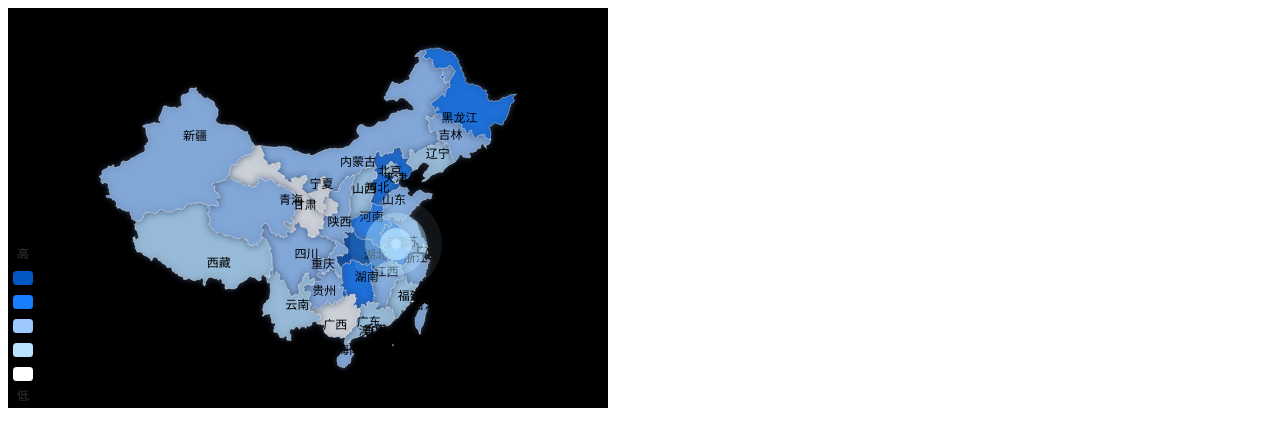
Repository: 572031690/echartssimple
Page: 21.地图常见效果_地图和散点图结合.html
The author's editor kept a copy of each file at every save. The page is drawn from the files as they stood at one save, then again after the next save.
The browser window is 1280 px wide. The pictures show the whole page.

Above is the page before, as saved 2021-08-11 11:50:36.

### 21.地图常见效果_地图和散点图结合.html
<!DOCTYPE html>
<html lang="en">

<head>
  <meta charset="UTF-8">
  <meta name="viewport" content="width=device-width, initial-scale=1.0">
  <meta http-equiv="X-UA-Compatible" content="ie=edge">
  <title>Document</title>
  <script src="lib/echarts.min.js"></script>
  <script src="lib/jquery.min.js"></script>
</head>

<body>
  <div style="width: 600px;height:400px;background-color:black;"></div>

  <script>
    //1. 给series下增加一个新的对象
    //2. 准备数据散点数据  , 配置给series下的另外一个对象
    //3. 配置series下的新对象的type值为effectScatter
    //4. 指明散点图的坐标系统为geo
    //5. 调整涟漪动画效果
    var airData = [
      { name: '北京', value: 39.92 },
      { name: '天津', value: 39.13 },
      { name: '上海', value: 31.22 },
      { name: '重庆', value: 66 },
      { name: '河北', value: 147 },
      { name: '河南', value: 113 },
      { name: '云南', value: 25.04 },
      { name: '辽宁', value: 50 },
      { name: '黑龙江', value: 114 },
      { name: '湖南', value: 175 },
      { name: '安徽', value: 117 },
      { name: '山东', value: 92 },
      { name: '新疆', value: 84 },
      { name: '江苏', value: 67 },
      { name: '浙江', value: 84 },
      { name: '江西', value: 96 },
      { name: '湖北', value: 273 },
      { name: '广西', value: 0 },
      { name: '甘肃', value: 0 },
      { name: '山西', value: 39 },
      { name: '内蒙古', value: 58 },
      { name: '陕西', value: 61 },
      { name: '吉林', value: 51 },
      { name: '福建', value: 29 },
      { name: '贵州', value: 71 },
      { name: '广东', value: 38 },
      { name: '青海', value: 57 },
      { name: '西藏', value: 24 },
      { name: '四川', value: 58 },
      { name: '宁夏', value: 0 },
      { name: '海南', value: 54 },
      { name: '台湾', value: 88 },
      { name: '香港', value: 66 },
      { name: '澳门', value: 77 },
      { name: '南海诸岛', value: 55 }
    ]
    var scatterData = [
      {
        value: [117.283042, 31.86119]
      }
    ]
    var mCharts = echarts.init(document.querySelector("div"))
    $.get('json/map/china.json', function (ret) {
      // ret 就是中国的各个省份的矢量地图数据
      console.log(ret)
      echarts.registerMap('chinaMap', ret)
      var option = {
        geo: {
          type: 'map',
          map: 'chinaMap', // chinaMap需要和registerMap中的第一个参数保持一致
          roam: true, // 设置允许缩放以及拖动的效果
          label: {
            show: true // 展示标签
          },
          itemStyle: {
            normal: {
              areaColor: '#416cbb',//地图区域的颜色。
              borderColor: '#fff',//图形的描边颜色。支持的颜色格式同 color，不支持回调函数。
              shadowColor: '#41587f',//阴影颜色。
              shadowBlur: 6,//图形阴影的模糊大小。
              opacity: 0.75//图形透明度
            },
            emphasis: {
              areaColor: '#fdd145'
            }
          }
        },
        series: [
          {
            data: airData,
            geoIndex: 0, // 将空气质量的数据和第0个geo配置关联在一起
            type: 'map'
          },
          {
            data: scatterData, // 配置散点的坐标数据
            type: 'effectScatter',
            coordinateSystem: 'geo', // 指明散点使用的坐标系统  geo的坐标系统
            rippleEffect: {
              scale: 10 // 设置涟漪动画的缩放比例
            }
          }
        ],
        visualMap: {
          min: 0,
          max: 300,
          text: ['高', '低'],//两端的文本，如 ['High', 'Low']

          //
          indicatorStyle: {
            borderColor:'red',
            borderWidth: 1,
          },
          // inRange: {
          //   color: ['#B8E2FF','#9DC9FF','#6CADFF','#187EFF', '#0357C2'] // 控制颜色渐变的范围
          // },

          pieces: [
          //   // 自定义『分段式视觉映射组件（visualMapPiecewise）』的每一段的范围，以及每一段的文字，以及每一段的特别的样式
          //   { gt: 100000, lte: 1000000000, label: "100000~1000000000", color: "#6ad86e" }, // (900, 1000]
            { gt: 200, lte: 300, label: "10000~100000", color: "#0357C2" }, // (500, 900]
            { gt: 100, lte: 200, label: "1000~10000", color: "#187EFF" }, // (310, 500]
            { gt: 50, lte: 100, label: "10~1000", color: "#9DC9FF" }, // (200, 300]
            { gt: 0, lte: 50, label: "0~10人", color: "#B8E2FF" }, // (10, 200]
            { value:0, label: "无数据", color: "#fff" } // [0]
          ],

          // calculable: true // 出现滑块
        }
      }
      mCharts.setOption(option)
    })

  </script>
</body>

</html>

Loaded but not shown: lib/echarts.min.js (library); lib/jquery.min.js (library); json/map/china.json (common file)

After the next save:
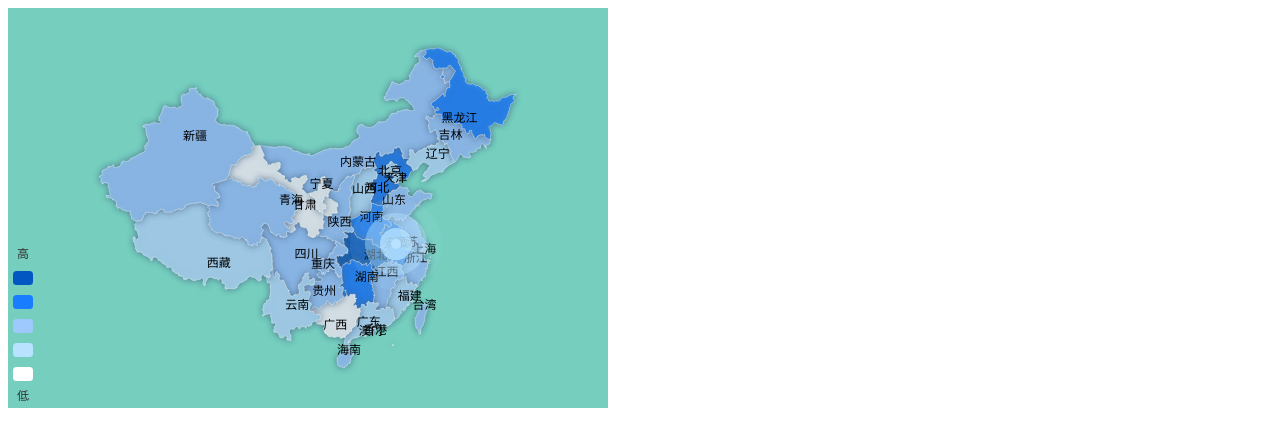
Saved 29 s later.
--- a/21.地图常见效果_地图和散点图结合.html
+++ b/21.地图常见效果_地图和散点图结合.html
@@ -11,7 +11,7 @@
 </head>
 
 <body>
-  <div style="width: 600px;height:400px;background-color:black;"></div>
+  <div style="width: 600px;height:400px;background-color:#75CEBE;"></div>
 
   <script>
     //1. 给series下增加一个新的对象
